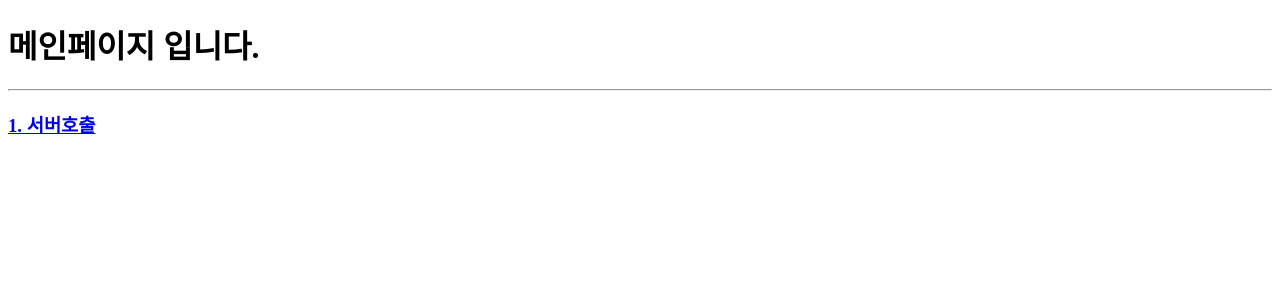
Repository: JWbase/Web_JAVA
Page: web-workspace/02_noDbProject/src/main/webapp/index.html
These files come from the project's save history. The page is drawn as it stood at one moment and after the next save; the edit follows.
The browser window is 1280 px wide. The pictures show the whole page.

Above is the page before, as saved 2022-08-29 06:07:54.

After the next save:
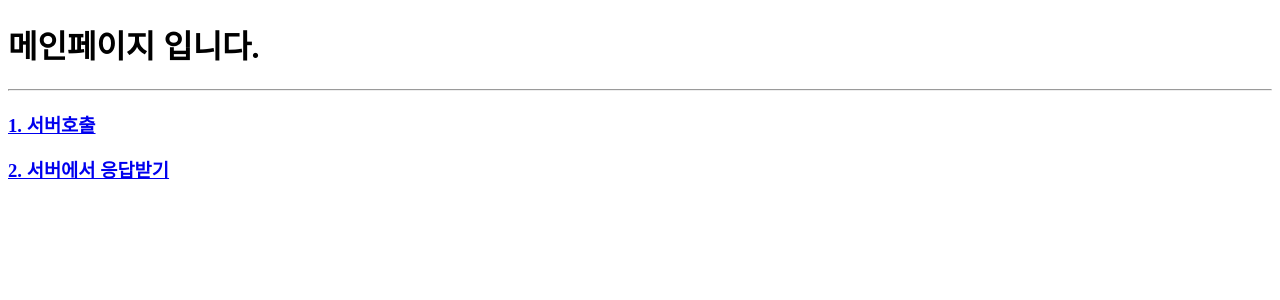
Saved 4 min 37 s later.
--- a/web-workspace/02_noDbProject/src/main/webapp/index.html
+++ b/web-workspace/02_noDbProject/src/main/webapp/index.html
@@ -10,5 +10,8 @@
 	<h3>
 		<a href="/requestServer.do">1. 서버호출</a>
 	</h3>
+	<h3>
+		<a href="/requestTest.do">2. 서버에서 응답받기</a>
+	</h3>
 </body>
 </html>
